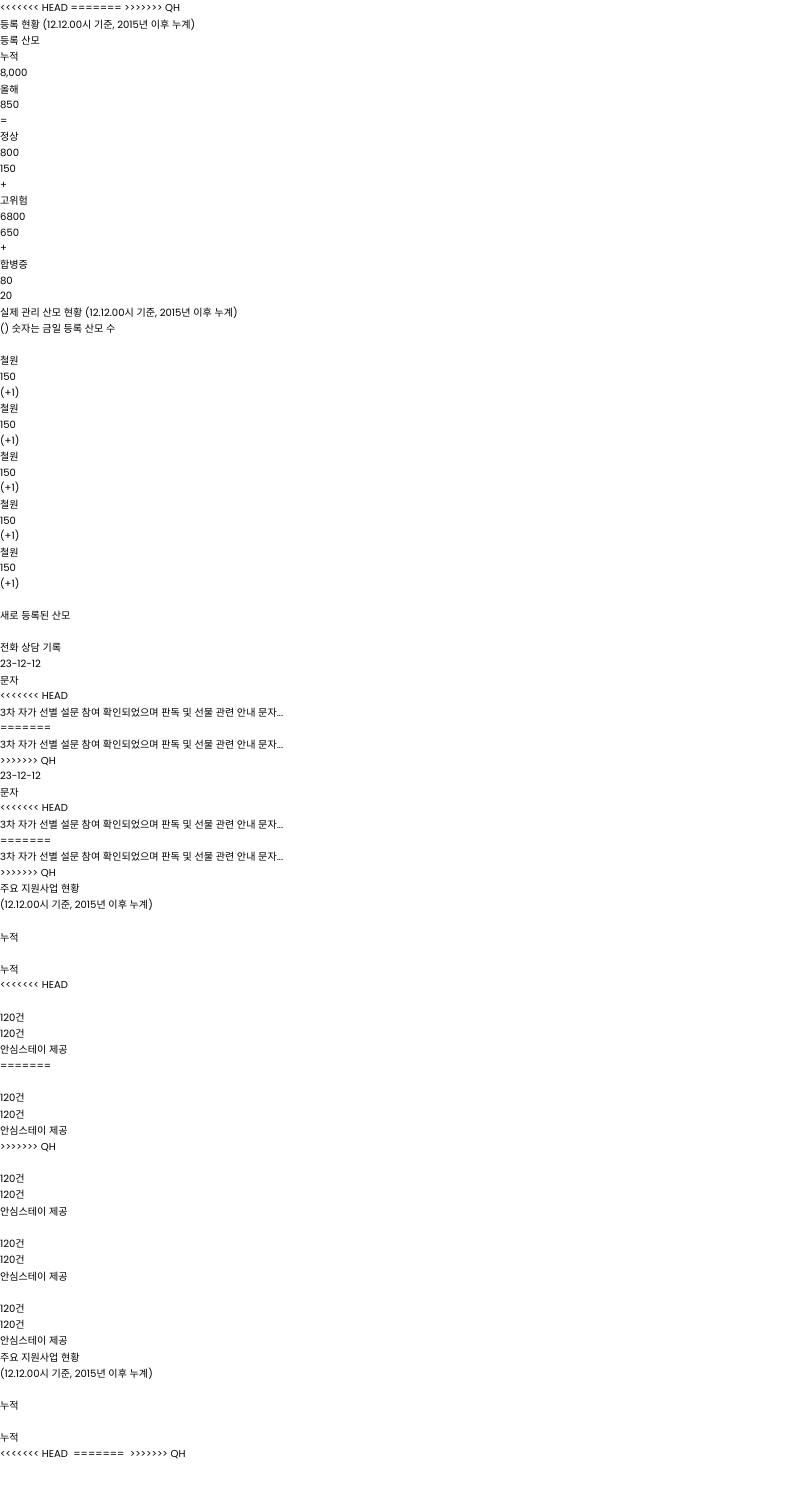
Repository: giapchicuong/Perganancy_Web
Page: index.html
These files come from the project's save history. The page is drawn as it stood at one moment and after the next save; the edit follows.
The browser window is 1280 px wide. The pictures show the whole page, at 63% of full size.

Above is the page before, as saved 2024-03-05 13:11:32.

After the next save:
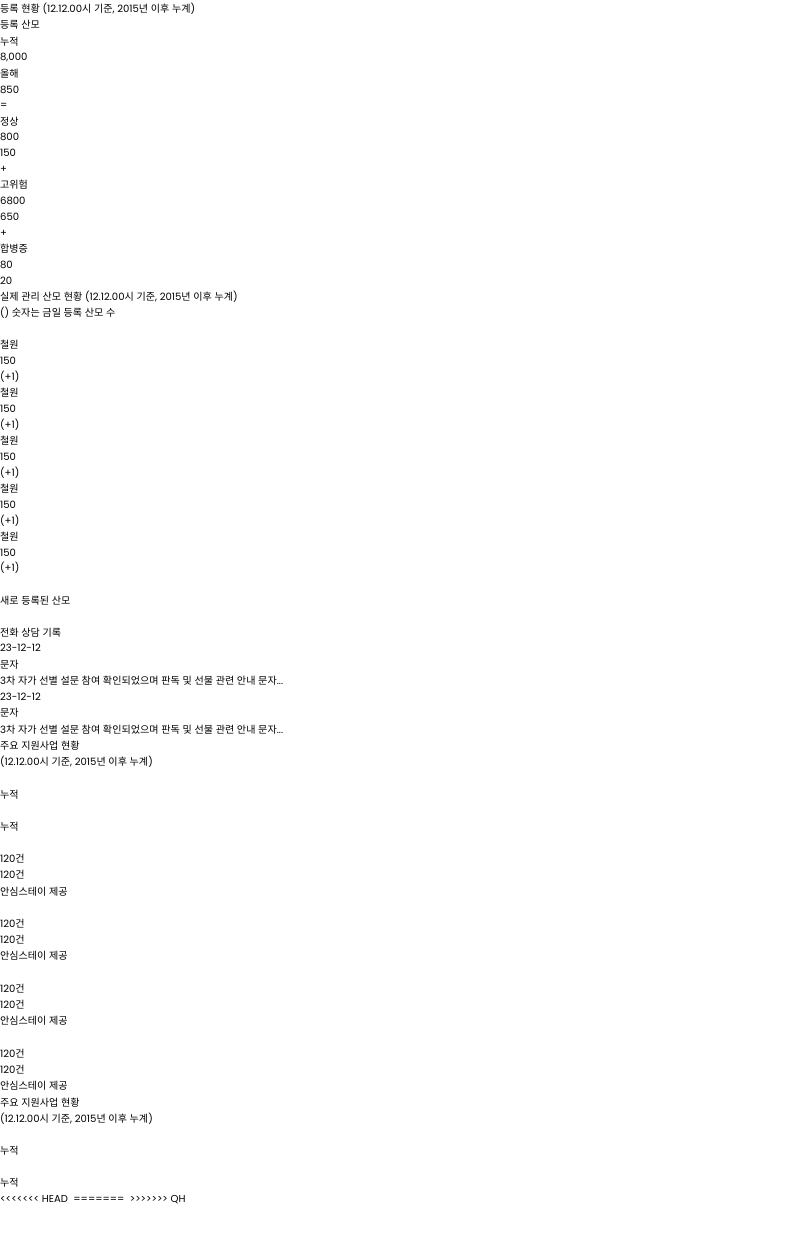
Saved 38 s later.
--- a/index.html
+++ b/index.html
@@ -8,12 +8,8 @@
     <link rel="stylesheet" href="./assets/base.css">
     <link rel="stylesheet" href="./assets/style.css">
 </head>
-<<<<<<< HEAD
+
 <body>
-=======
-
-<body>
->>>>>>> QH
     <!-- .block -->
     <!-- .block__element -->
     <!-- .block__element--modifier -->
@@ -127,22 +123,14 @@
                             <div class="advertising-left__box-message-item">
                                 <div class="advertising-left__box-message-item-date">23-12-12</div>
                                 <div class="advertising-left__box-message-item-name">문자</div>
-<<<<<<< HEAD
-                                <div class="advertising-left__box-message-item-text">3차 자가 선별 설문 참여 확인되었으며 판독 및 선물 관련 안내 문자...</div>
-=======
                                 <div class="advertising-left__box-message-item-text">3차 자가 선별 설문 참여 확인되었으며 판독 및 선물 관련 안내
                                     문자...</div>
->>>>>>> QH
                             </div>
                             <div class="advertising-left__box-message-item">
                                 <div class="advertising-left__box-message-item-date">23-12-12</div>
                                 <div class="advertising-left__box-message-item-name">문자</div>
-<<<<<<< HEAD
-                                <div class="advertising-left__box-message-item-text">3차 자가 선별 설문 참여 확인되었으며 판독 및 선물 관련 안내 문자...</div>
-=======
                                 <div class="advertising-left__box-message-item-text">3차 자가 선별 설문 참여 확인되었으며 판독 및 선물 관련 안내
                                     문자...</div>
->>>>>>> QH
                             </div>
                         </div>
                     </div>
@@ -167,25 +155,14 @@
                         </div>
                         <div class="advertising-right-item-card-list">
                             <div class="advertising-right-item-card">
-<<<<<<< HEAD
-                               <div class="advertising-right-item-card-provide">
-                                <img src="" alt="" class="advertising-right-item-card__image">
-                                <div class="advertising-right-item-card__image-number">
-                                    <div class="advertising-right-item-card__image-number-large">120건</div>
-                                    <div class="advertising-right-item-card__image-number-small">120건</div>
-                                </div>
-                               </div>
-                               <div class="advertising-right-item-card-content">안심스테이 제공</div>
-=======
-                                <div class="advertising-right-item-card-provide">
-                                    <img src="" alt="" class="advertising-right-item-card__image">
-                                    <div class="advertising-right-item-card__image-number">
-                                        <div class="advertising-right-item-card__image-number-large">120건</div>
-                                        <div class="advertising-right-item-card__image-number-small">120건</div>
-                                    </div>
-                                </div>
-                                <div class="advertising-right-item-card-content">안심스테이 제공</div>
->>>>>>> QH
+                                <div class="advertising-right-item-card-provide">
+                                    <img src="" alt="" class="advertising-right-item-card__image">
+                                    <div class="advertising-right-item-card__image-number">
+                                        <div class="advertising-right-item-card__image-number-large">120건</div>
+                                        <div class="advertising-right-item-card__image-number-small">120건</div>
+                                    </div>
+                                </div>
+                                <div class="advertising-right-item-card-content">안심스테이 제공</div>
                             </div>
                             <div class="advertising-right-item-card">
                                 <div class="advertising-right-item-card-provide">
@@ -239,11 +216,10 @@
                         <div class="advertising-right-item__btn-list">
                             <div class="advertising-right-item__btn-item">
                                 <div class="advertising-right-item__btn">
-<<<<<<< HEAD
-                                    <img src="" alt="" class="advertising-right-item__btn-icon"/>
-=======
-                                    <img src="" alt="" class="advertising-right-item__btn-icon" />
->>>>>>> QH
+                                    <<<<<<< HEAD <img src="" alt="" class="advertising-right-item__btn-icon" />
+                                    =======
+                                    <img src="" alt="" class="advertising-right-item__btn-icon" />
+                                    >>>>>>> QH
                                     <div class="advertising-right-item__btn-text"></div>
                                     <div class="advertising-right-item__btn-notification"></div>
                                 </div>
